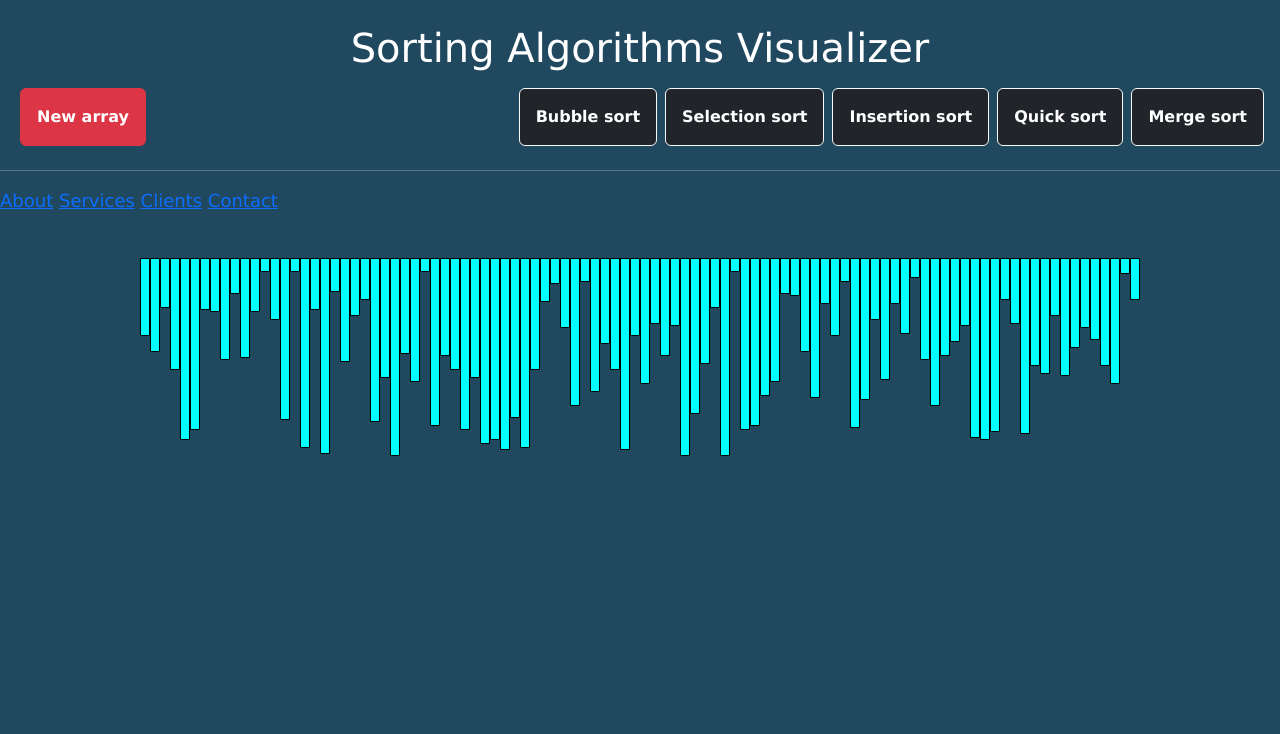
Repository: Vasil1001/Sorting-Algorithms-Visualizer-js
Page: views/index.html
These files come from the project's save history. The page is drawn as it stood at one moment and after the next save; the edit follows.
The browser window is 1280 px wide. The pictures show the whole page.

Above is the page before, as saved 2022-11-03 17:50:47.

After the next save:
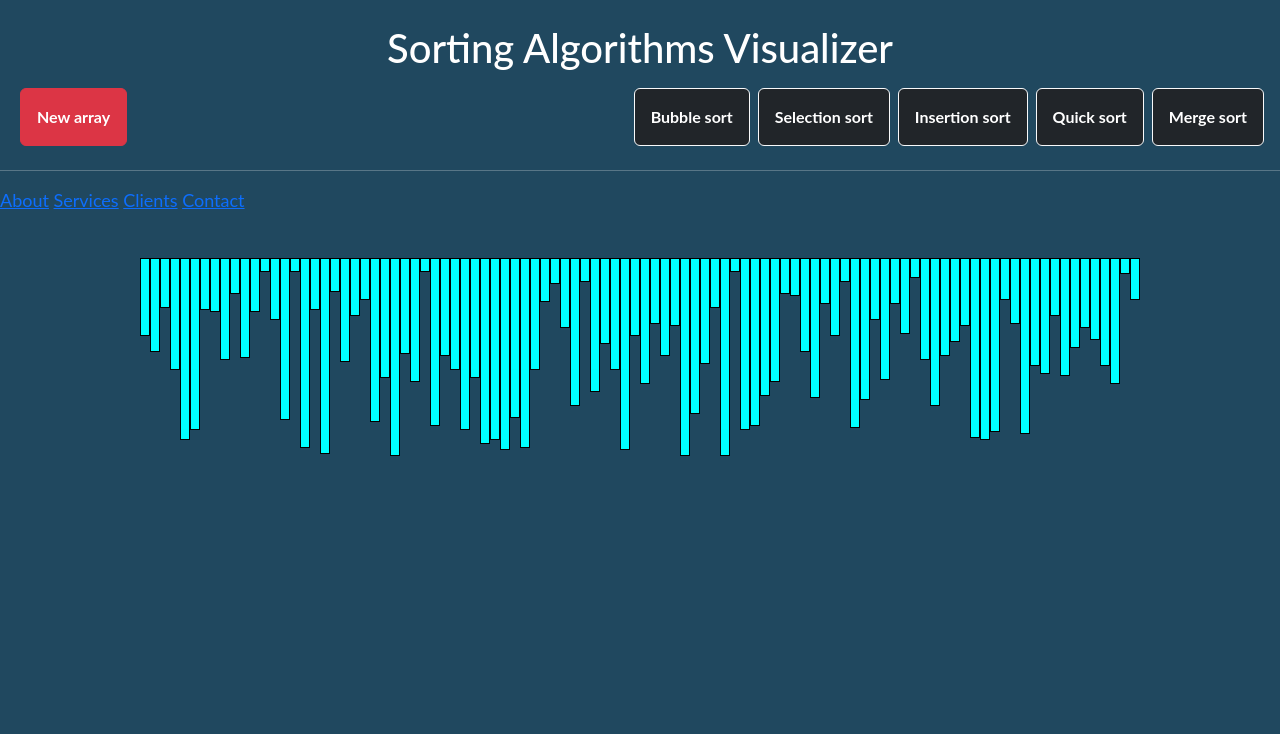
Saved 60 s later.
--- a/css/base.css
+++ b/css/base.css
@@ -2,8 +2,7 @@
     background-color: rgb(32, 72, 95);
     color:white;
     font-size: 18px;
-    font-family: 'Lucida Sans', 'Lucida Sans Regular', 'Lucida Grande', 'Lucida Sans Unicode', Geneva, Verdana, sans-serif;
-}
+    font-family: "Lato", sans-serif;}
 .flex-container{
     margin-top: 20px;
     display: flex;

After the save that followed:
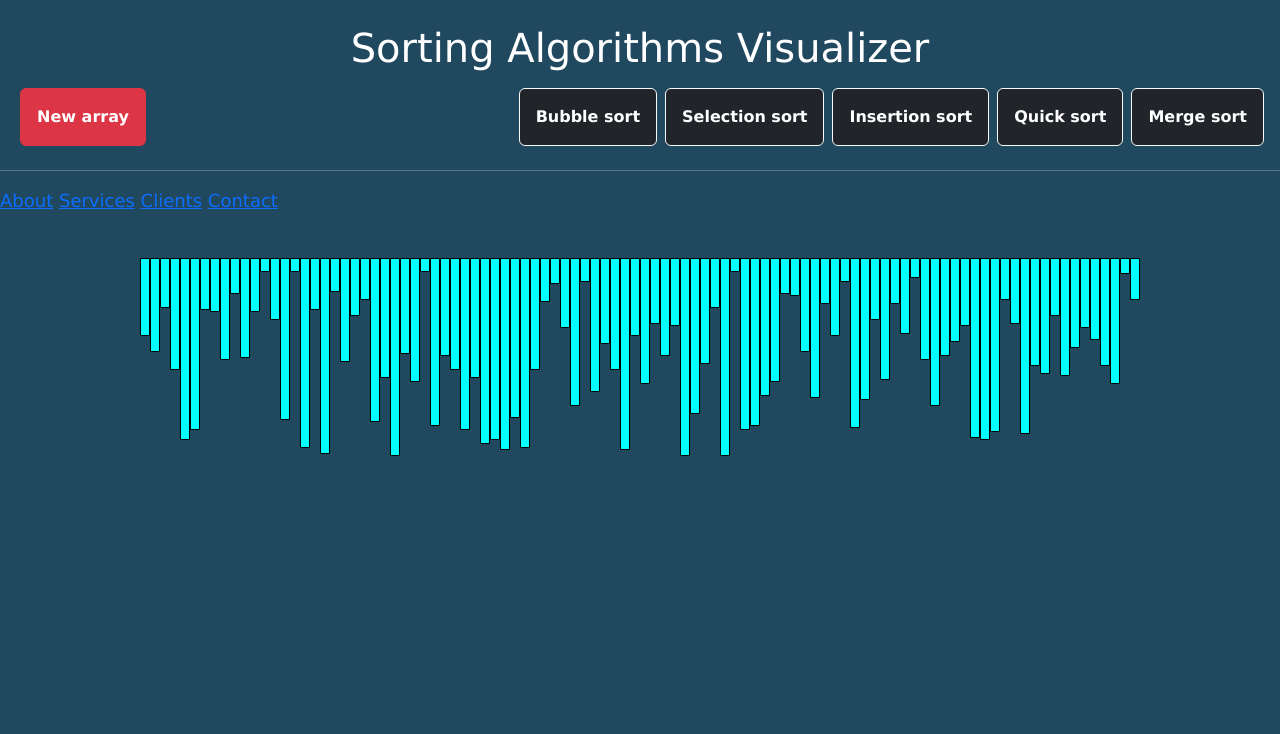
Saved 11 s later.
--- a/css/base.css
+++ b/css/base.css
@@ -2,7 +2,8 @@
     background-color: rgb(32, 72, 95);
     color:white;
     font-size: 18px;
-    font-family: "Lato", sans-serif;}
+    font-family: 'Lucida Sans', 'Lucida Sans Regular', 'Lucida Grande', 'Lucida Sans Unicode', Geneva, Verdana, sans-serif;
+}
 .flex-container{
     margin-top: 20px;
     display: flex;
